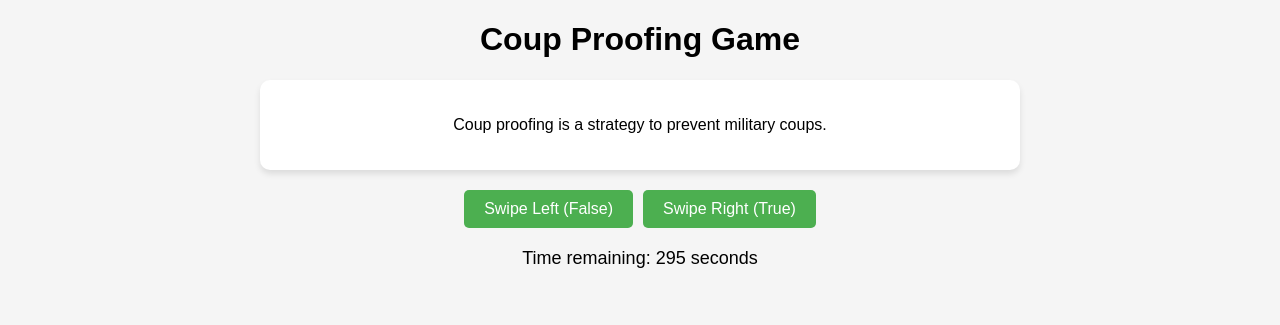
Repository: tyfeeney/Coup-Proofing-Alpha
Page: index.html
The author's editor kept a copy of each file at every save. The page is drawn from the files as they stood at one save, then again after the next save.
The browser window is 1280 px wide. The pictures show the whole page.

Above is the page before, as saved 2023-04-25 21:13:59.

After the next save:
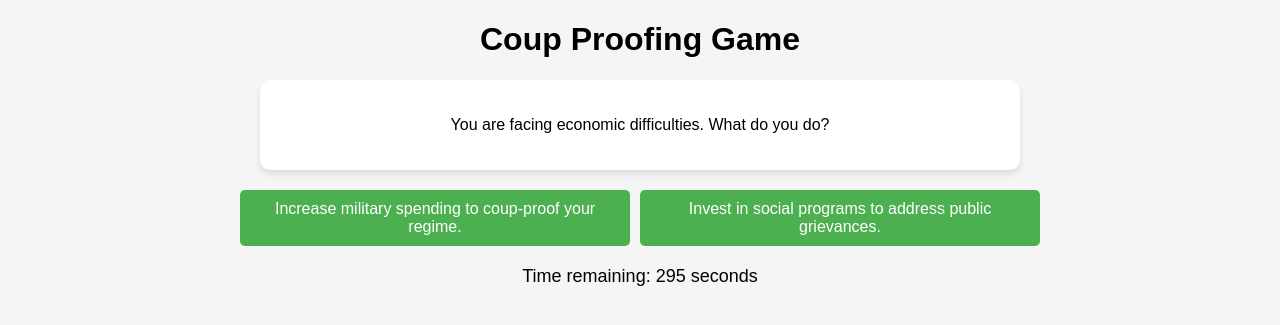
Saved 2 min 23 s later.
--- a/scripts.js
+++ b/scripts.js
@@ -1,90 +1,86 @@
-const statements = [
-  { text: 'Coup proofing is a strategy to prevent military coups.', answer: true },
-  { text: 'Coup proofing involves weakening the military to reduce its capacity to stage a coup.', answer: true },
-  { text: 'Middle Eastern states have never experienced military coups.', answer: false },
-  { text: 'Leaders in the Middle East often rely on personalistic networks to maintain power.', answer: true },
-  { text: 'Coup proofing may involve creating multiple competing security forces.', answer: true },
-  { text: 'Coup proofing always results in more stable and democratic governments.', answer: false },
-  { text: 'The use of patronage and loyalty networks is a common aspect of coup proofing.', answer: true },
-  { text: 'All Middle Eastern states practice coup proofing to the same extent.', answer: false },
-  { text: 'Hinnebusch argues that the Middle East is particularly prone to military coups.', answer: true },
-  { text: 'Coup proofing in the Middle East never involves foreign support or intervention.', answer: false },
-  { text: 'Coup proofing may lead to lower military effectiveness in external conflicts.', answer: true },
-  { text: 'Coup-proofed regimes are always more stable than non-coup-proofed regimes.', answer: false },
-  { text: 'Middle Eastern regimes may rely on minority groups for support in coup proofing efforts.', answer: true },
-  { text: 'Coup proofing measures can negatively affect economic growth and development.', answer: true },
-  { text: 'There are no negative consequences of coup proofing for regime stability.', answer: false },
-  { text: 'Coup proofing often results in the centralization of power in the hands of the leader.', answer: true },
-  { text: 'The Middle East has a higher rate of military coups compared to other regions.', answer: true },
-  { text: 'External threats can sometimes justify coup proofing measures in the eyes of the public.', answer: true },
-  { text: 'Coup proofing measures have no impact on civil-military relations.', answer: false },
-  { text: 'Surveillance and intelligence networks are often used for coup proofing purposes.', answer: true },
-  { text: 'Coup proofing always leads to better international relations for a country.', answer: false },
-  { text: 'Coup proofing measures are always visible and easy to identify.', answer: false },
-  { text: 'Coup proofing can involve promoting loyal officers over competent ones.', answer: true },
-  { text: 'Coup proofing has no impact on the balance of power within a regime.', answer: false },
-  { text: 'Coup proofing measures can sometimes backfire and lead to instability.', answer: true }
+const scenarios = [
+  {
+    question: 'You are facing economic difficulties. What do you do?',
+    option1: 'Increase military spending to coup-proof your regime.',
+    option2: 'Invest in social programs to address public grievances.',
+    effect1: { stability: -1, coupRisk: -1 },
+    effect2: { stability: 1, coupRisk: 1 }
+  },
+  // Add more scenarios as needed
 ];
 
-  const statementElem = document.querySelector('.statement');
-  const leftBtn = document.getElementById('left-btn');
-  const rightBtn = document.getElementById('right-btn');
-  const timerElem = document.getElementById('time');
-  const scoreElem = document.getElementById('score');
-  const scoreContainer = document.querySelector('.score');
+const scenarioElem = document.querySelector('.statement');
+const option1Btn = document.getElementById('left-btn');
+const option2Btn = document.getElementById('right-btn');
+const timerElem = document.getElementById('time');
+const endingElem = document.getElementById('ending');
 
-  let currentIndex = 0;
-  let score = 0;
-  let timeLeft = 300;
+let currentIndex = 0;
+let timeLeft = 300;
+let stability = 0;
+let coupRisk = 0;
 
-  function setStatement(index) {
-    if (index >= statements.length) {
-      gameOver();
-      return;
-    }
-    statementElem.textContent = statements[index].text;
+function setScenario(index) {
+  if (index >= scenarios.length) {
+    showEnding();
+    return;
+  }
+  scenarioElem.textContent = scenarios[index].question;
+  option1Btn.textContent = scenarios[index].option1;
+  option2Btn.textContent = scenarios[index].option2;
+}
+
+function chooseOption(option) {
+  const scenario = scenarios[currentIndex];
+  const effect = scenario[`effect${option}`];
+  stability += effect.stability;
+  coupRisk += effect.coupRisk;
+  currentIndex++;
+  setScenario(currentIndex);
+}
+
+function showEnding() {
+  scenarioElem.remove();
+  option1Btn.remove();
+  option2Btn.remove();
+
+  if (stability > 0 && coupRisk <= 0) {
+    endingElem.textContent = 'Your country remains stable and avoids a coup.';
+  } else if (stability <= 0 && coupRisk <= 0) {
+    endingElem.textContent = 'Your country faces economic and political challenges but avoids a coup.';
+  } else if (stability > 0 && coupRisk > 0) {
+    endingElem.textContent = 'Your country experiences a coup despite relative stability.';
+  } else {
+    endingElem.textContent = 'Your country collapses due to instability and a coup.';
   }
 
-  function checkAnswer(answer) {
-    if (answer === statements[currentIndex].answer) {
-      score++;
-    }
-    currentIndex++;
-    setStatement(currentIndex);
-  }
-
-  function gameOver() {
-    statementElem.remove();
-    leftBtn.remove();
-    rightBtn.remove();
-    scoreElem.textContent = score;
-    scoreContainer.hidden = false;
-  }
+  endingElem.hidden = false;
+}
 
 // Timer countdown
 function startTimer() {
-    const interval = setInterval(() => {
-      timeLeft--;
-      timerElem.textContent = timeLeft;
-      if (timeLeft <= 0) {
-        clearInterval(interval);
-        gameOver();
-      }
-    }, 1000);
-  }
+  const interval = setInterval(() => {
+    timeLeft--;
+    timerElem.textContent = timeLeft;
+    if (timeLeft <= 0) {
+      clearInterval(interval);
+      showEnding();
+    }
+  }, 1000);
+}
 
-  // Initialize game
-  function init() {
-    setStatement(currentIndex);
-    startTimer();
+// Initialize game
+function init() {
+  setScenario(currentIndex);
+  startTimer();
 
-    leftBtn.addEventListener('click', () => {
-      checkAnswer(false);
-    });
+  option1Btn.addEventListener('click', () => {
+    chooseOption(1);
+  });
 
-    rightBtn.addEventListener('click', () => {
-      checkAnswer(true);
-    });
-  }
+  option2Btn.addEventListener('click', () => {
+    chooseOption(2);
+  });
+}
 
-  init();
+init();
